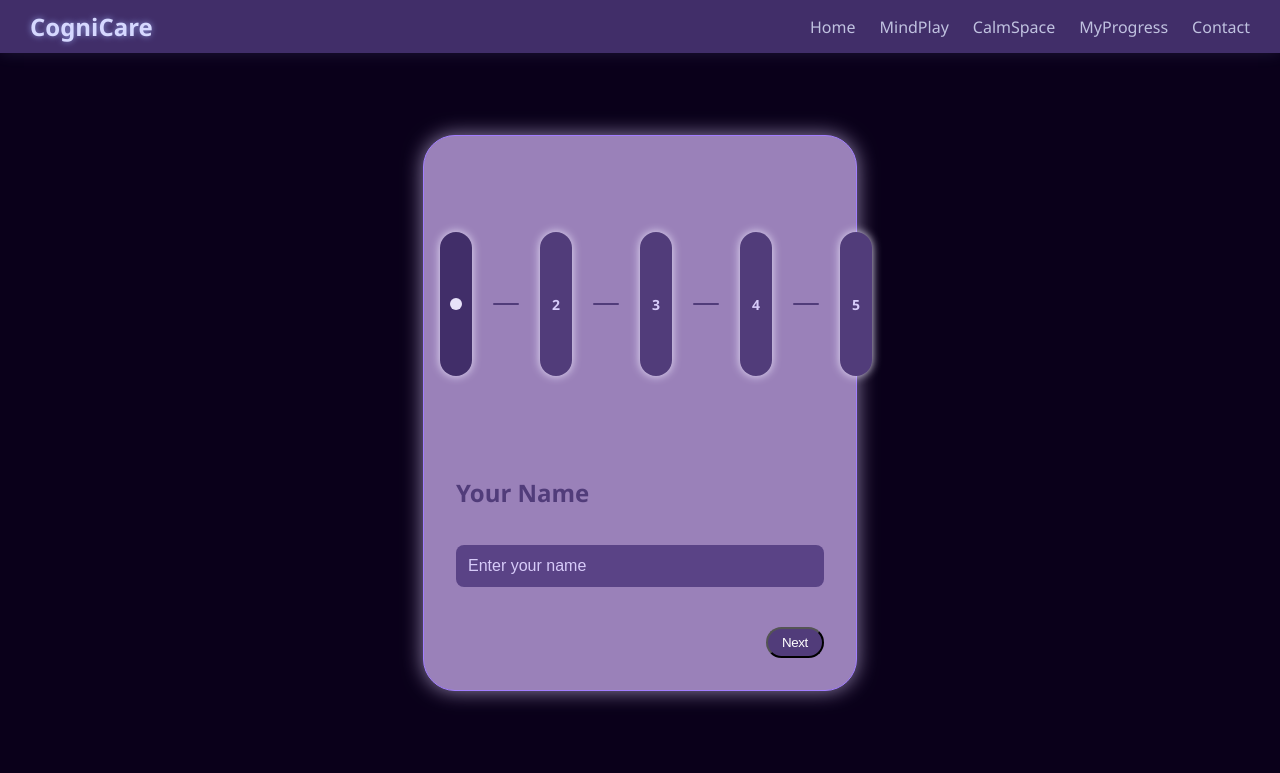
Repository: rujularaut/CogniCare
Page: /signup
The author's editor kept a copy of each file at every save. The page is drawn from the files as they stood at one save, then again after the next save.
The browser window is 1280 px wide. The pictures show the whole page.
The project was rebuilt for these pictures with package versions that can differ from the ones it lists, and the page was loaded fresh each time. Also part of the build but not shown: src/components/Welcome.css, src/components/Welcome.js, src/components/Particles.css, src/components/Particles.js, src/components/Meditation.css, src/components/Meditation.js, src/components/Signup.css, src/components/Signup.js and 2 more.

Above is the page before, as saved 2025-06-24 15:38:15.

### src/App.js
import React from 'react';
import { BrowserRouter as Router, Routes, Route } from 'react-router-dom';
import './App.css';
import Welcome from './components/Welcome';
import Meditation from './components/Meditation';
import Signup from './components/Signup'; // ✅ Confirm this file exists
import Login from './components/Login';
import SignupStepper from './components/SignupStepper';

function App() {
  return (
    <Router>
      <div className="App">
        <nav>
          <div className="logo">CogniCare</div>
          <ul>
            <li><a href="/">Home</a></li>
            <li><a href="#">MindPlay</a></li>
            <li><a href="#">CalmSpace</a></li>
            <li><a href="#">MyProgress</a></li>
            <li><a href="#">Contact</a></li>
          </ul>
        </nav>

        <Routes>
          <Route path="/" element={
            <>
              <header>
                <h1>Welcome to CogniCare</h1>
                <p>Your mental health companion</p>
              </header>
              <Welcome />
              <Meditation />
            </>
          } />
          <Route path="/signup" element={<SignupStepper />} />
          <Route path="/signup" element={<Signup />} />
          <Route path="/login" element={<Login />} />
        </Routes>
      </div>
    </Router>
  );
}

export default App;

### src/App.css
body {
  margin: 0;
  padding: 0;
  font-family: 'Segoe UI', sans-serif;
  background-color: #0a001a;
  color: #d6d8ff;
}

nav {
  background-color: #412e69;
  color: #d6d8ff;
  display: flex;
  justify-content: space-between;
  align-items: center;
  padding: 10px 30px;
  box-shadow: 0 0 15px #a9b0ff20;
}

.logo {
  font-size: 24px;
  font-weight: bold;
  color: #d6d8ff;
  text-shadow: 0 0 6px #8b92d7;
}

nav ul {
  list-style: none;
  display: flex;
  gap: 24px;
  margin: 0;
  padding: 0;
}

nav ul li a {
  text-decoration: none;
  color: #c0c2e0;
  font-weight: 500;
  transition: color 0.3s ease;
}

nav ul li a:hover {
  color: #f7c258;
  text-shadow: 0 0 6px #a9b0ff;
}

header {
  background-color: #513c7a;
  padding: 5px;
  text-align: center;
  border-bottom: 6px solid #25003e;
}

h1 {
  margin-bottom: 10px;
  font-size: 45px;
  color: #d6d8ff;
  text-shadow: 0 0 10px #6c72ac;
}

p {
  font-size: 17px;
  color: #d6d8ff;
}

### src/components/SignupStepper.js
import React, { useState } from 'react';
import Stepper, { Step } from './Stepper';
import './SignupStepper.css';

const SignupStepper = () => {
  const [formData, setFormData] = useState({
    name: '',
    age: '',
    email: '',
    password: '',
  });

  const handleChange = (e) => {
    setFormData((prev) => ({ ...prev, [e.target.name]: e.target.value }));
  };

  return (
    <div className="signup-container">
      <Stepper
        initialStep={1}
        onFinalStepCompleted={() => console.log('Form complete', formData)}
        nextButtonText="Next"
        backButtonText="Back"
      >
        <Step>
          <h2>Your Name</h2>
          <input
            name="name"
            type="text"
            placeholder="Enter your name"
            value={formData.name}
            onChange={handleChange}
            required
          />
        </Step>
        <Step>
          <h2>Your Age</h2>
          <input
            name="age"
            type="number"
            placeholder="Enter your age"
            value={formData.age}
            onChange={handleChange}
            required
          />
        </Step>
        <Step>
          <h2>Email ID</h2>
          <input
            name="email"
            type="email"
            placeholder="Enter your email"
            value={formData.email}
            onChange={handleChange}
            required
          />
        </Step>
        <Step>
          <h2>Create Password</h2>
          <input
            name="password"
            type="password"
            placeholder="Create password"
            value={formData.password}
            onChange={handleChange}
            required
          />
        </Step>
        <Step>
          <h2>All Set!</h2>
          <p>Welcome, {formData.name} 🎉</p>
          <p>Already have an account? <a href="/login">Login here</a></p>
        </Step>
      </Stepper>
    </div>
  );
};

export default SignupStepper;

### src/components/Stepper.jsx
import React, { useState, Children, useRef, useLayoutEffect } from "react";
import { motion, AnimatePresence } from "framer-motion";

import "./Stepper.css";

export default function Stepper({
  children,
  initialStep = 1,
  onStepChange = () => { },
  onFinalStepCompleted = () => { },
  stepCircleContainerClassName = "",
  stepContainerClassName = "",
  contentClassName = "",
  footerClassName = "",
  backButtonProps = {},
  nextButtonProps = {},
  backButtonText = "Back",
  nextButtonText = "Continue",
  disableStepIndicators = false,
  renderStepIndicator,
  ...rest
}) {
  const [currentStep, setCurrentStep] = useState(initialStep);
  const [direction, setDirection] = useState(0);
  const stepsArray = Children.toArray(children);
  const totalSteps = stepsArray.length;
  const isCompleted = currentStep > totalSteps;
  const isLastStep = currentStep === totalSteps;

  const updateStep = (newStep) => {
    setCurrentStep(newStep);
    if (newStep > totalSteps) {
      onFinalStepCompleted();
    } else {
      onStepChange(newStep);
    }
  };

  const handleBack = () => {
    if (currentStep > 1) {
      setDirection(-1);
      updateStep(currentStep - 1);
    }
  };

  const handleNext = () => {
    if (!isLastStep) {
      setDirection(1);
      updateStep(currentStep + 1);
    }
  };

  const handleComplete = () => {
    setDirection(1);
    updateStep(totalSteps + 1);
  };

  return (
    <div className="outer-container" {...rest}>
      <div className={`step-circle-container ${stepCircleContainerClassName}`}>
        <div className={`step-indicator-row ${stepContainerClassName}`}>
          {stepsArray.map((_, index) => {
            const stepNumber = index + 1;
            const isNotLastStep = index < totalSteps - 1;
            return (
              <React.Fragment key={stepNumber}>
                {renderStepIndicator ? (
                  renderStepIndicator({
                    step: stepNumber,
                    currentStep,
                    onStepClick: (clicked) => {
                      setDirection(clicked > currentStep ? 1 : -1);
                      updateStep(clicked);
                    },
                  })
                ) : (
                  <StepIndicator
                    step={stepNumber}
                    disableStepIndicators={disableStepIndicators}
                    currentStep={currentStep}
                    onClickStep={(clicked) => {
                      setDirection(clicked > currentStep ? 1 : -1);
                      updateStep(clicked);
                    }}
                  />
                )}
                {isNotLastStep && (
                  <StepConnector isComplete={currentStep > stepNumber} />
                )}
              </React.Fragment>
            );
          })}
        </div>

        <StepContentWrapper
          isCompleted={isCompleted}
          currentStep={currentStep}
          direction={direction}
          className={`step-content-default ${contentClassName}`}
        >
          {stepsArray[currentStep - 1]}
        </StepContentWrapper>

        {!isCompleted && (
          <div className={`footer-container ${footerClassName}`}>
            <div className={`footer-nav ${currentStep !== 1 ? "spread" : "end"}`}>
              {currentStep !== 1 && (
                <button
                  onClick={handleBack}
                  className={`back-button ${currentStep === 1 ? "inactive" : ""}`}
                  {...backButtonProps}
                >
                  {backButtonText}
                </button>
              )}
              <button
                onClick={isLastStep ? handleComplete : handleNext}
                className="next-button"
                {...nextButtonProps}
              >
                {isLastStep ? "Complete" : nextButtonText}
              </button>
            </div>
          </div>
        )}
      </div>
    </div>
  );
}

function StepContentWrapper({ isCompleted, currentStep, direction, children, className }) {
  const [parentHeight, setParentHeight] = useState(0);

  return (
    <motion.div
      className={className}
      style={{ position: "relative", overflow: "hidden" }}
      animate={{ height: isCompleted ? 0 : parentHeight }}
      transition={{ type: "spring", duration: 0.4 }}
    >
      <AnimatePresence initial={false} mode="sync" custom={direction}>
        {!isCompleted && (
          <SlideTransition key={currentStep} direction={direction} onHeightReady={(h) => setParentHeight(h)}>
            {children}
          </SlideTransition>
        )}
      </AnimatePresence>
    </motion.div>
  );
}

function SlideTransition({ children, direction, onHeightReady }) {
  const containerRef = useRef(null);

  useLayoutEffect(() => {
    if (containerRef.current) onHeightReady(containerRef.current.offsetHeight);
  }, [children, onHeightReady]);

  return (
    <motion.div
      ref={containerRef}
      custom={direction}
      variants={stepVariants}
      initial="enter"
      animate="center"
      exit="exit"
      transition={{ duration: 0.4 }}
      style={{ position: "absolute", left: 0, right: 0, top: 0 }}
    >
      {children}
    </motion.div>
  );
}

const stepVariants = {
  enter: (dir) => ({
    x: dir >= 0 ? "-100%" : "100%",
    opacity: 0,
  }),
  center: {
    x: "0%",
    opacity: 1,
  },
  exit: (dir) => ({
    x: dir >= 0 ? "50%" : "-50%",
    opacity: 0,
  }),
};

export function Step({ children }) {
  return <div className="step-default">{children}</div>;
}

function StepIndicator({ step, currentStep, onClickStep, disableStepIndicators }) {
  const status = currentStep === step ? "active" : currentStep < step ? "inactive" : "complete";

  const handleClick = () => {
    if (step !== currentStep && !disableStepIndicators) onClickStep(step);
  };

  return (
    <motion.div onClick={handleClick} className="step-indicator" animate={status} initial={false}>
      <motion.div
        variants={{
          inactive: { scale: 1, backgroundColor: "#513c7a", color: "#d7cbf9" },
          active: { scale: 1, backgroundColor: "#412e69", color: "#d7cbf9" },
          complete: { scale: 1, backgroundColor: "#412e69", color: "#d7cbf9" },
        }}
        transition={{ duration: 0.3 }}
        className="step-indicator-inner"
      >
        {status === "complete" ? (
          <CheckIcon className="check-icon" />
        ) : status === "active" ? (
          <div className="active-dot" />
        ) : (
          <span className="step-number">{step}</span>
        )}
      </motion.div>
    </motion.div>
  );
}

function StepConnector({ isComplete }) {
  const lineVariants = {
    incomplete: { width: 0, backgroundColor: "transparent" },
    complete: { width: "100%", backgroundColor: "#5227FF" },
  };

  return (
    <div className="step-connector">
      <motion.div
        className="step-connector-inner"
        variants={lineVariants}
        initial={false}
        animate={isComplete ? "complete" : "incomplete"}
        transition={{ duration: 0.4 }}
      />
    </div>
  );
}

function CheckIcon(props) {
  return (
    <svg {...props} fill="none" stroke="currentColor" strokeWidth={2} viewBox="0 0 24 24">
      <motion.path
        initial={{ pathLength: 0 }}
        animate={{ pathLength: 1 }}
        transition={{ delay: 0.1, type: "tween", ease: "easeOut", duration: 0.3 }}
        strokeLinecap="round"
        strokeLinejoin="round"
        d="M5 13l4 4L19 7"
      />
    </svg>
  );
}

### src/components/SignupStepper.css
.signup-container {
background: linear-gradient(to bottom right,  #ecdffd);
  color: #513c7a;
  min-height: 100vh;
  display: flex;
  justify-content: center;
  align-items: center;
}

input {
  width: 100%;
  padding: 12px;
  margin-top: 1em;
  border-radius: 8px;
  border: none;
  font-size: 16px;
  background-color: #5a4386;
  color: #d7cbf9;
}

input::placeholder {
  color: #d7cbf9;
}

### src/components/Stepper.css
.outer-container {
  display: flex;
  min-height: 100%;
  flex: 1 1 0%;
  flex-direction: column;
  align-items: center;
  justify-content: center;
  padding: 1rem;
}

@media (min-width: 640px) {
  .outer-container {
    aspect-ratio: 4 / 3;
  }
}

@media (min-width: 768px) {
  .outer-container {
    aspect-ratio: 2 / 1;
  }
}

.step-circle-container {
  margin-left: auto;
  margin-right: auto;
  width: 100%;
  max-width: 27rem;
  border-radius: 2rem;
  box-shadow: 0 20px 25px -5px rgba(207, 178, 246, 0.1),
    0 10px 10px -5px rgba(210, 198, 248, 0.04);
  background-color: #9a81b9;  /* soft purple or your choice */
  border: 1px solid #a27eff;
  box-shadow: 0 0 20px #9284aa;
}

.step-indicator-row {
  display: flex;
  width: 100%;
  align-items: center;
  justify-content: flex-start; /* 🔁 this aligns them to the left */
  padding: 6rem 3rem 5rem 1rem; /* 🔧 adjust as needed: top, right, bottom, left */
  gap: 0.5rem; /* adds spacing between circles */
}


.step-content-default {
  position: relative;
  overflow: hidden;
}

.step-default {
  padding-left: 2rem;
  padding-right: 3.5rem;
}

.footer-container {
  padding-left: 2rem;
  padding-right: 2rem;
  padding-bottom: 2rem;
}

.footer-nav {
  margin-top: 2.5rem;
  display: flex;
}

.footer-nav.spread {
  justify-content: space-between;
}

.footer-nav.end {
  justify-content: flex-end;
}

.back-button {
  transition: all 350ms;
  border-radius: 9999px;
  padding: 0.25rem 0.5rem;
  color: #513c7a;
  cursor: pointer ;
}

.back-button:hover {
  color: #513c7a;
}

.back-button.inactive {
  pointer-events: none;
  opacity: 0.5;
  color: #513c7a;
}

.next-button {
  transition: all 350ms;
  display: flex;
  align-items: center;
  justify-content: center;
  border-radius: 9999px;
  background-color: #513c7a;
  color: #fff;
  font-weight: 500;
  letter-spacing: -0.025em;
  padding: 0.375rem 0.875rem;
  cursor: pointer;
}

.next-button:hover {
  background-color: #3c256a;
}

.next-button:active {
  background-color: #513c7a;
}

.step-indicator {
  position: relative;
  cursor: pointer;
  outline: none;
}

.step-indicator-inner {
  display: flex;
  height: 9rem;
  width: 2rem;
  align-items: center;
  justify-content: center;
  border-radius: 9999px;
  font-weight: 600;
  background-color: #46a451; /* neon blue */
  color:#e8e2f9;
  box-shadow: 0 0 10px #e8e2f9;
}

.active-dot {
  height: 0.75rem;
  width: 0.75rem;
  border-radius: 9999px;
  background-color: #e8e2f9;
}

.step-number {
  font-size: 0.875rem;
}

.step-connector {
  position: relative;
  margin-left: 0.8rem;
  margin-right: 0.8rem;
  height: 0.125rem;
  flex: 1;
  overflow: hidden;
  border-radius: 0.25rem;
  background-color: #513c7a;
}

.step-connector-inner {
  position: absolute;
  left: 0;
  top: 0;
  height: 100%;
}

.check-icon {
  height: 1.5rem;
  width: 1.5rem;
  color: #e8e2f9;
}

Loaded but not shown: public/index.html (common file); src/index.js (common file); src/index.css (common file)

After the next save:
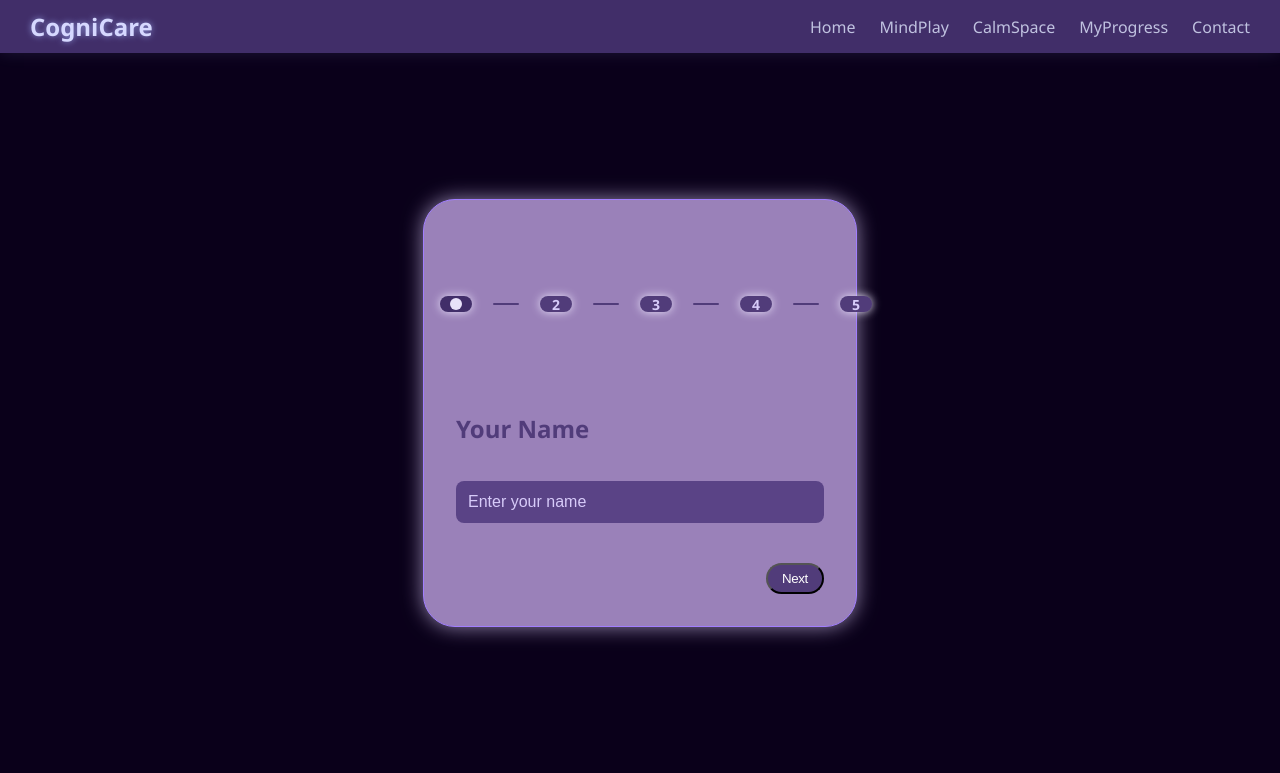
Saved 5 s later.
--- a/src/components/Stepper.css
+++ b/src/components/Stepper.css
@@ -120,7 +120,7 @@
 
 .step-indicator-inner {
   display: flex;
-  height: 9rem;
+  height: 1rem;
   width: 2rem;
   align-items: center;
   justify-content: center;
